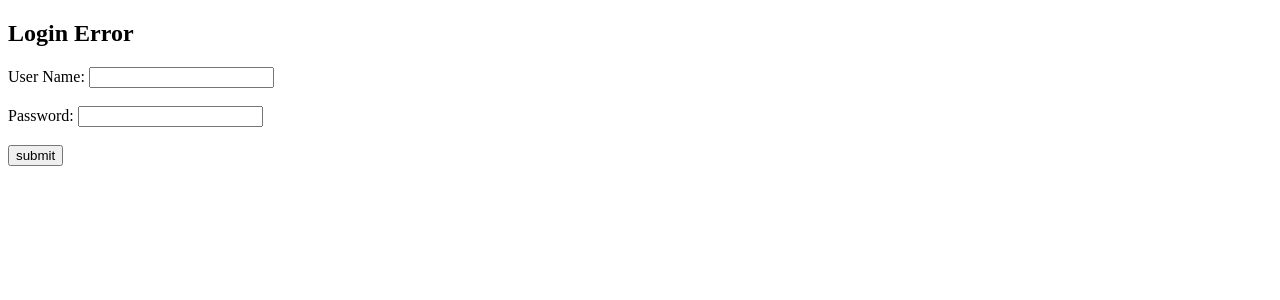
Repository: PNSVN3035/excelr-evening-full-stack
Page: http://localhost/01-login-app/loginError.jsp
An editor plug-in stored every save of this project. The page is shown before and after the next save, followed by the edit.
The browser window is 1280 px wide. The pictures show the whole page.
The page is served by Tomcat 9. Other server files are loaded and not shown.

Above is the page before, as saved 2024-05-20 21:40:57.

### ExcelREvening/Backend/servlets-and-jsp/04-servlets-and-jsp-projects/01-login-app/src/main/webapp/loginError.jsp
<!DOCTYPE html>
<html>
	<head>
		<meta charset="ISO-8859-1">
		<title>Login Error</title>
	</head>
	<body>
		<h2>Login Error</h2>
		<form action="loginServlet" method="post">
			User Name: <input type="text" name="userName"/> <br/><br/>
			Password: <input type="password" name="password"/> <br/><br/>
			<input type="submit" value="submit"/>
		</form>
	</body>
</html>

After the next save:
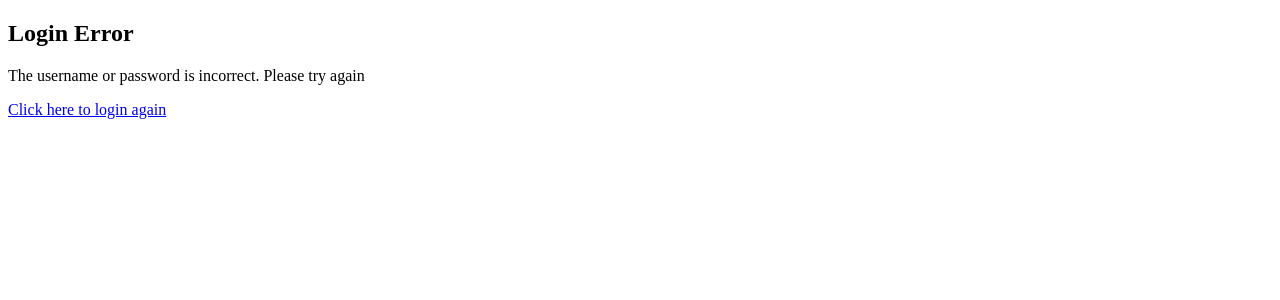
Saved 91 s later.
--- a/ExcelREvening/Backend/servlets-and-jsp/04-servlets-and-jsp-projects/01-login-app/src/main/webapp/loginError.jsp
+++ b/ExcelREvening/Backend/servlets-and-jsp/04-servlets-and-jsp-projects/01-login-app/src/main/webapp/loginError.jsp
@@ -6,10 +6,7 @@
 	</head>
 	<body>
 		<h2>Login Error</h2>
-		<form action="loginServlet" method="post">
-			User Name: <input type="text" name="userName"/> <br/><br/>
-			Password: <input type="password" name="password"/> <br/><br/>
-			<input type="submit" value="submit"/>
-		</form>
+		<p>The username or password is incorrect. Please try again</p>
+		<p><a href="index.html">Click here to login again</a></p>
 	</body>
 </html>
